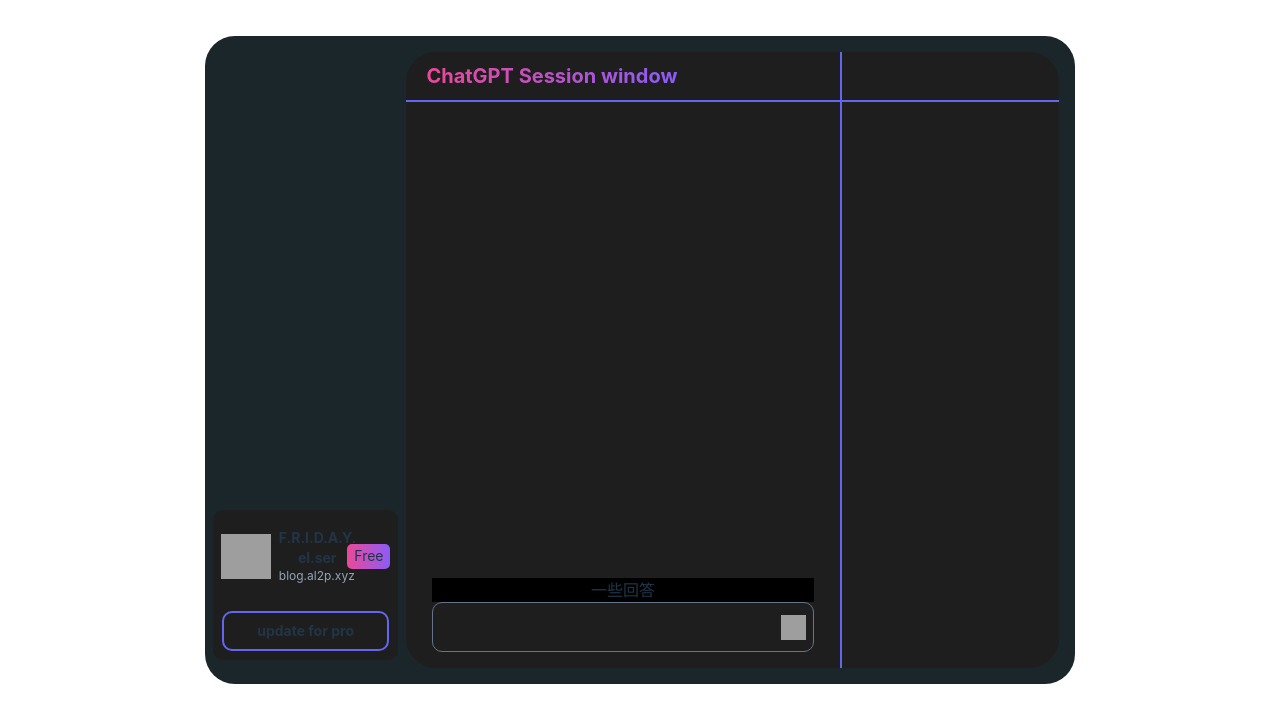
Repository: yezhonghu0503/chatgpt-vue-lac
Page: /
An editor plug-in stored every save of this project. The page is shown before and after the next save, followed by the edit.
The browser window is 1280 px wide. The pictures show the whole page.
Pictures or frames that could not be fetched are drawn as grey boxes. The project was rebuilt for these pictures with package versions that can differ from the ones it lists, and the page was loaded fresh each time. Also part of the build but not shown: vite.config.ts.

Above is the page before, as saved 2023-05-18 18:58:46.

### src/style.css
@tailwind base;
@tailwind components;
@tailwind utilities;

:root {
  font-family: Inter, system-ui, Avenir, Helvetica, Arial, sans-serif;
  line-height: 1.5;
  font-weight: 400;

  color-scheme: light dark;
  color: rgba(255, 255, 255, 0.87);
  /* background-color: #242424; */
  background-color: #8e989a;

  font-synthesis: none;
  text-rendering: optimizeLegibility;
  -webkit-font-smoothing: antialiased;
  -moz-osx-font-smoothing: grayscale;
  -webkit-text-size-adjust: 100%;
}

a {
  font-weight: 500;
  color: #646cff;
  text-decoration: inherit;
}

a:hover {
  color: #535bf2;
}

body {
  margin: 0;
  display: flex;
  place-items: center;
  min-width: 320px;
  min-height: 100vh;
}

h1 {
  font-size: 3.2em;
  line-height: 1.1;
}

button {
  border-radius: 8px;
  border: 1px solid transparent;
  padding: 0.6em 1.2em;
  font-size: 1em;
  font-weight: 500;
  font-family: inherit;
  background-color: #1a1a1a;
  cursor: pointer;
  transition: border-color 0.25s;
}

button:hover {
  border-color: #646cff;
}

button:focus,
button:focus-visible {
  outline: 4px auto -webkit-focus-ring-color;
}

textarea {
  border: none;
  background-color: transparent;
}

textarea[type="checkbox"]:checked,

textarea:focus {
  outline: none;
  background-color: transparent;
}

.card {
  padding: 2em;
}

#app {
  margin: 0 auto;
  padding: 2rem;
  text-align: center;
}

@media (prefers-color-scheme: light) {
  :root {
    color: #213547;
    background-color: #ffffff;
  }

  a:hover {
    color: #747bff;
  }

  button {
    background-color: #f9f9f9;
  }
}

### src/App.vue
<script setup lang="ts">
import chat from './pages/chat.vue';
</script>

<template>
  <chat />
</template>

<style scoped></style>

### src/pages/chat.vue
<template>
    <div class="w-[68vw] h-[90vh] bg-rg-chat-border rounded-[30px] flex justify-end p-4 pl-0">
        <chatMenu />
        <chatMain />

    </div>
</template>
<script lang="ts" setup>
import chatMain from '../components/chat-main/chatMain.vue';
import chatMenu from '../components/chat-menu/chatMenu.vue'
</script>
<style lang="less" scoped></style>

### src/components/chat-main/chatMain.vue
<template>
  <div class="w-[51vw] h-[100%] bg-rg-chat rounded-[30px] flex">
    <div class="flex flex-col w-[34vw] h-[100%] border-r-2 border-indigo-500">
      <div
        class="w-[100%] h-[50px] border-b-2 border-indigo-500 flex justify-start items-center p-5"
      >
        <span
          class="text-xl font-bold text-transparent bg-clip-text bg-gradient-to-r from-pink-500 to-violet-500"
          >ChatGPT Session window</span
        >
      </div>
      <div class="flex flex-col justify-end items-center w-[100%] h-[100%] p-4">
        <div class="w-[95%] bg-black">
          {{ msg }}
          <img src="" alt="" />
        </div>
        <div
          class="flex w-[95%] items-center justify-center rounded-[10px] border-[1px] border-slate-500"
        >
          <!-- <input class="w-[90%]" type="text" /> -->
          <textarea class="w-[90%] resize-none"></textarea>
          <img
            class="w-[25px] h-[25px]"
            src="https://blog.al2p.xyz/upload/send.png"
            alt=""
          />
        </div>
      </div>
    </div>
    <div class="w-[17vw] h-[50px] border-b-2 border-indigo-500"></div>
  </div>
</template>

<script lang="ts" setup>
const msg: string = "一些回答";
</script>

### src/components/chat-menu/chatMenu.vue
<template>
  <div class="w-[17vw] h-[100%] flex justify-center items-end p-2">
    <div
      class="w-[100%] h-[150px] bg-rg-chat flex flex-col justify-around items-center rounded-[10px]"
    >
      <div class="w-[100%] h-[75px] flex justify-between items-center p-2">
        <div class="flex items-center">
          <img
            class="w-[50px] h-[45px]"
            src="https://blog.al2p.xyz/upload/laclogo.png"
          />
          <div class="flex flex-col items-start ml-2">
            <div class="text-sm font-bold">F.R.I.D.A.Y. el.ser</div>
            <div class="text-xs text-slate-400">blog.al2p.xyz</div>
          </div>
        </div>
        <div
          class="flex justify-center rounded-[5px] text-sm items-center w-[60px] h-[25px] bg-gradient-to-r from-pink-500 to-violet-500"
        >
          Free
        </div>
      </div>
      <div
        class="text-sm flex items-center justify-center w-[13vw] h-[40px] rounded-[10px] border-2 border-indigo-500 font-bold"
      >
        update for pro
      </div>
    </div>
  </div>
</template>

<script lang="ts" setup></script>

<style lang="less" scoped></style>

### tailwind.config.js
/** @type {import('tailwindcss').Config} */
export default {
  content: [
    "./index.html",
    "./src/**/*.{vue,js,ts,jsx,tsx}",
  ],
  theme: {
    extend: {
      colors: {
        'rg-chat': 'rgb(30,30,30)',
        'rg-chat-border': 'rgb(27,38,42)'
      }
    }
  },
  plugins: [],
}

Loaded but not shown: index.html (common file); src/main.ts (common file)

After the next save:
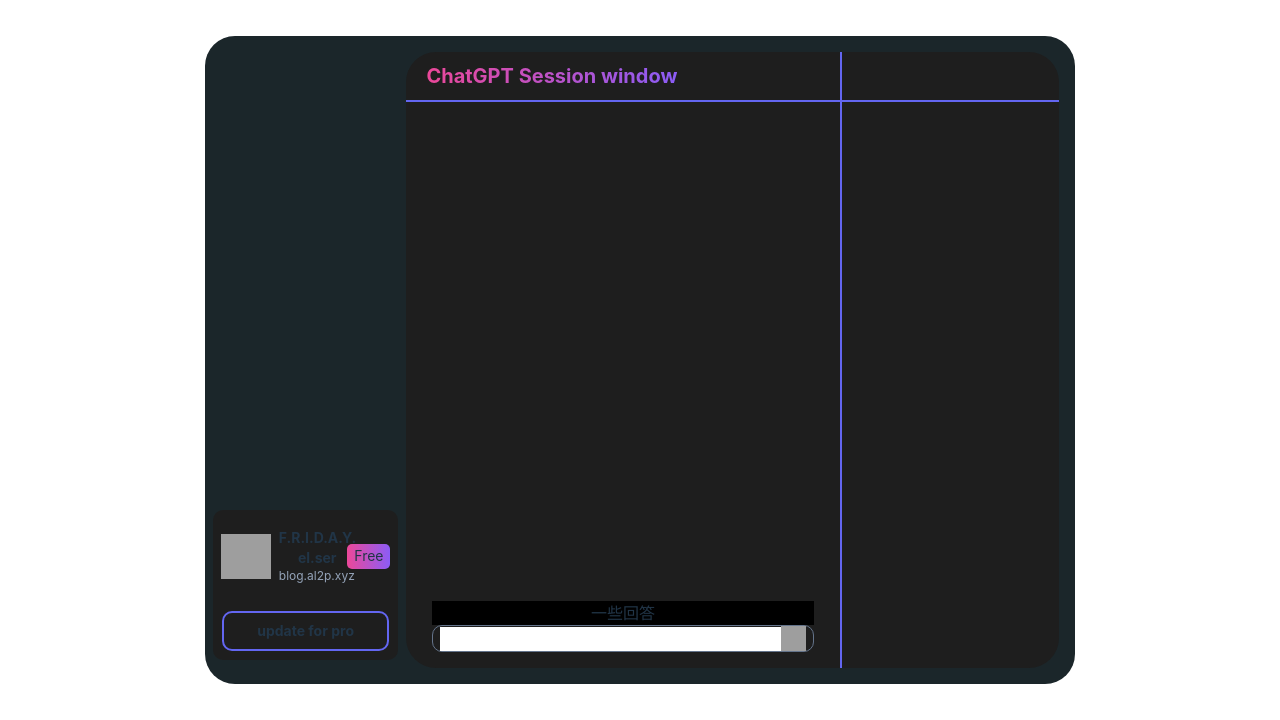
Saved 29 s later.
--- a/src/components/chat-main/chatMain.vue
+++ b/src/components/chat-main/chatMain.vue
@@ -17,8 +17,7 @@
         <div
           class="flex w-[95%] items-center justify-center rounded-[10px] border-[1px] border-slate-500"
         >
-          <!-- <input class="w-[90%]" type="text" /> -->
-          <textarea class="w-[90%] resize-none"></textarea>
+          <input class="w-[90%]" type="text" />
           <img
             class="w-[25px] h-[25px]"
             src="https://blog.al2p.xyz/upload/send.png"
